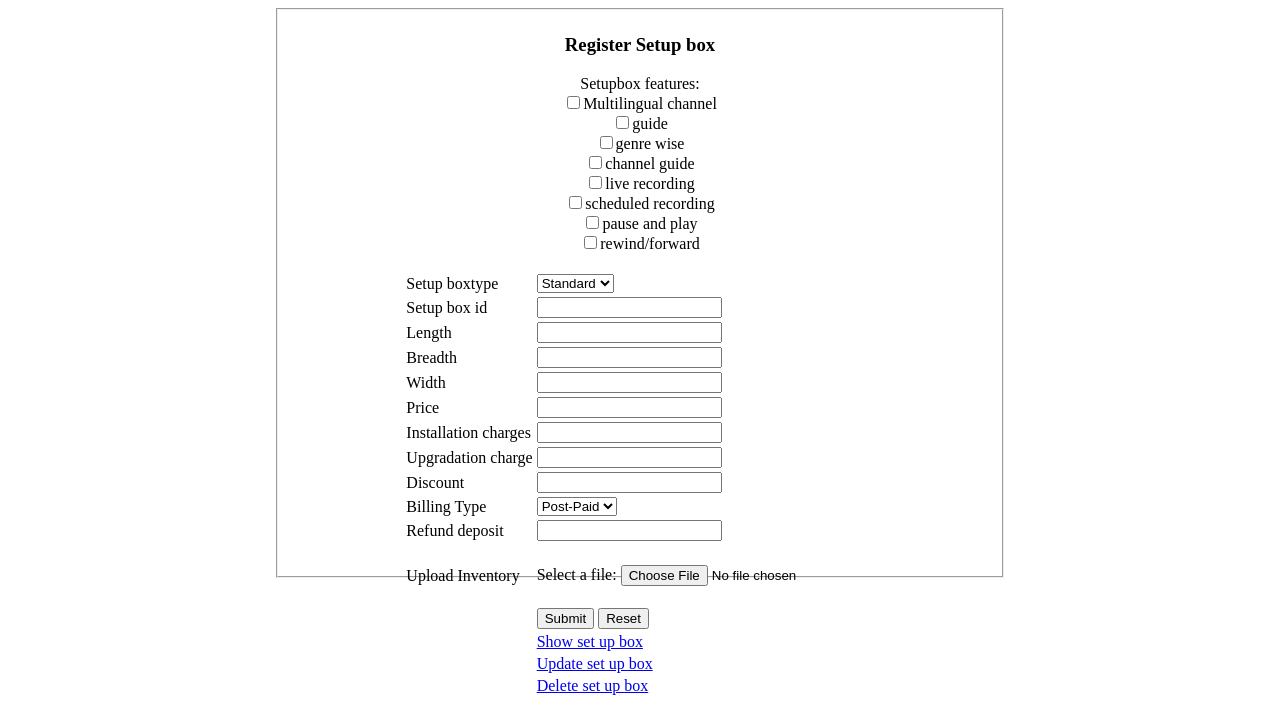
Repository: a18wheeler/TCS-Edison
Page: http://localhost/DTH1/
An editor plug-in stored every save of this project. The page is shown before and after the next save, followed by the edit.
The browser window is 1280 px wide. The pictures show the whole page.
The page is served by Tomcat 9.

Above is the page before, as saved 2019-10-16 15:28:18.

### playground/DTH1/WebContent/index.jsp
 <%@ page language="java" contentType="text/html; charset=ISO-8859-1"
    pageEncoding="ISO-8859-1"%>

<!DOCTYPE html>
<html>
<head>
<meta charset="ISO-8859-1">
<title>Insert title here</title>
<script type="text/javascript">
function checker(){
	var id = document.forms["inpForm"]["id"];
    var length = document.forms["inpForm"]["length"];
    var breadth = document.forms["inpForm"]["breadth"];
    var width =  document.forms["inpForm"]["width"];
    var price = document.forms["inpForm"]["price"];
    var icharge = document.forms["inpForm"]["icharge"];
    var ucharge =  document.forms["inpForm"]["ucharge"];
    var discount = document.forms["inpForm"]["discount"];
    var deposit = document.forms["inpForm"]["deposit"];
    var patt = new RegExp(/[+-]?(?=.\d|\d)(?:\d+)?(?:.?\d*)(?:[eE][+-]?\d+)?/);
    if (id.value == "" || length.value == "" || breadth.value == "" || width.value == ""
		|| price.value == "" || icharge.value == ""
		|| ucharge.value == "" || discount.value == ""|| deposit.value == ""){
	window.alert("Blank fields not accepted");
    return false;
	}



    if ( !patt.test(id.value) || !patt.test(length.value) || !patt.test(breadth.value) || !patt.test(width.value) ||
            !patt.test(price.value) || !patt.test(icharge.value) || !patt.test(iucharge.value)
            || !patt.test(discount.value) || !patt.test(deposit.value))
    {
        window.alert("Check input type");
        return false;
    }




}
</script>
</head>
<body>


<div align="center">
<form action="DTHServlet" method="get" onSubmit="return checker()" name="inpForm">
<fieldset style="width:700px;height:550px">
<table>
<h3>Register Setup box</h3>

<tr>
<td>Setup boxtype</td>
<td><select name="type">
<option value="Standard">Standard</option>
<option value="HD">HD</option>
<option value="HD+">HD+</option>
<option value="IPTV">IPTV</option>
</select>
</tr>
<tr>
<td>
Setup box id
</td>
<td>
<input type ="text" name="id">
</td>
</tr>
Setupbox features:<br>
<input type="checkbox" name="lang" value="Multilingual channel" />Multilingual channel<br>
<input type="checkbox" name="lang" value="guide" />guide<br>
<input type="checkbox" name="lang" value="genre wise"/ >genre wise<br>
<input type="checkbox" name="lang" value="channel guide"/>channel guide<br>
<input type="checkbox" name="lang" value=" live recording"/>live recording<br>
<input type="checkbox" name="lang" value="recording"/ >scheduled recording<br>
<input type="checkbox" name="lang" value="pause"/>pause and play<br>
<input type="checkbox" name="lang" value=" rewind"/>rewind/forward<br>

<tr>
<td>
Length
</td>
<td>
<input type ="text" name="length">
</td>
</tr>
<tr>
<td>
Breadth
</td>
<td>
<input type ="text" name="breadth">
</td>
</tr>
<tr>
<td>
Width
</td>
<td>
<input type ="text" name="width">
</td>
</tr>
<tr>
<td>
Price
</td>
<td>
<input type ="text" name="price">
</td>
</tr>
<tr>
<td>
Installation charges
</td>
<td>
<input type ="text" name="icharge">
</td>
</tr>
<tr>
<td>
Upgradation charge
</td>
<td>
<input type ="text" name="ucharge">
</td>
</tr>
<tr>
<td>
Discount
</td>
<td>
<input type ="text" name="discount">
</td>
</tr>
<tr>
<td>Billing Type</td>
<td><select name="btype">
<option value="Post">Post-Paid</option>
<option value="Pre">Pre-Paid</option>
</select>
</tr>
<tr>
<td>
Refund deposit
</td>
<td>
<input type ="text" name="deposit">
</td>
</tr>
<tr><br></tr>
<tr>
<td>
Upload Inventory
</td>
<td>
 <br>
 Select a file: <input type="file" name="myFile"><br><br>
</td>
</tr>

<tr>
<td></td>
<td>
<input type ="submit" name="submit">
<input type="hidden" name="register" value="create">
<input type ="reset" name="reset">
</td>
</tr>
<tr>
<td></td>
<td>
<a href="readSetupbox.jsp">Show set up box</a>
</td>
</tr>
<tr>
<td></td>
<td>
<a href="updateSetupbox.jsp">Update set up box</a>
</td>
</tr>
<tr><td></td>
<td>
<a href="deleteSetupbox.jsp">Delete set up box</a></td>
</table>
</fieldset>
</form>
</div>
</body>
</html>

After the next save:
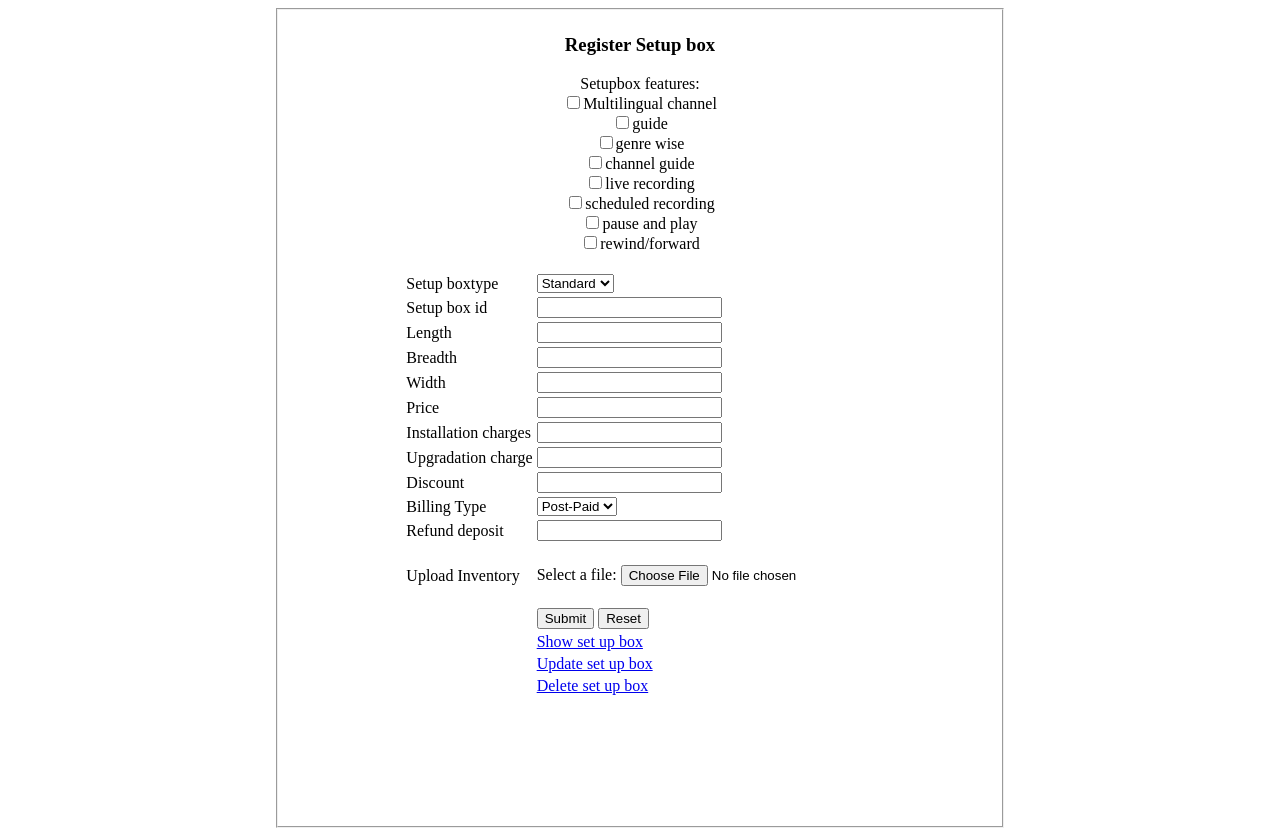
Saved 2 h 28 min later.
--- a/playground/DTH1/WebContent/index.jsp
+++ b/playground/DTH1/WebContent/index.jsp
@@ -46,7 +46,7 @@ function checker(){
 
 <div align="center">
 <form action="DTHServlet" method="get" onSubmit="return checker()" name="inpForm">
-<fieldset style="width:700px;height:550px">
+<fieldset style="width:700px;height:800px">
 <table>
 <h3>Register Setup box</h3>
 
